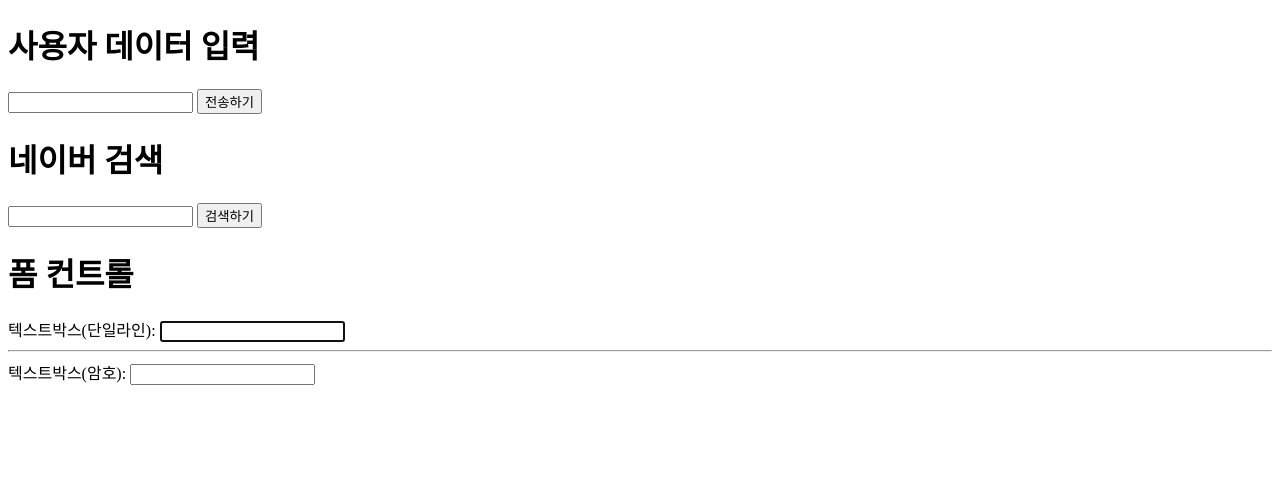
Repository: chanjin5212/Full-Stack-study
Page: client/ClientTest/src/main/webapp/html/ex18_form.html
The author's editor kept a copy of each file at every save. The page is drawn from the files as they stood at one save, then again after the next save.
The browser window is 1280 px wide. The pictures show the whole page.

Above is the page before, as saved 2022-05-25 01:36:01.

After the next save:
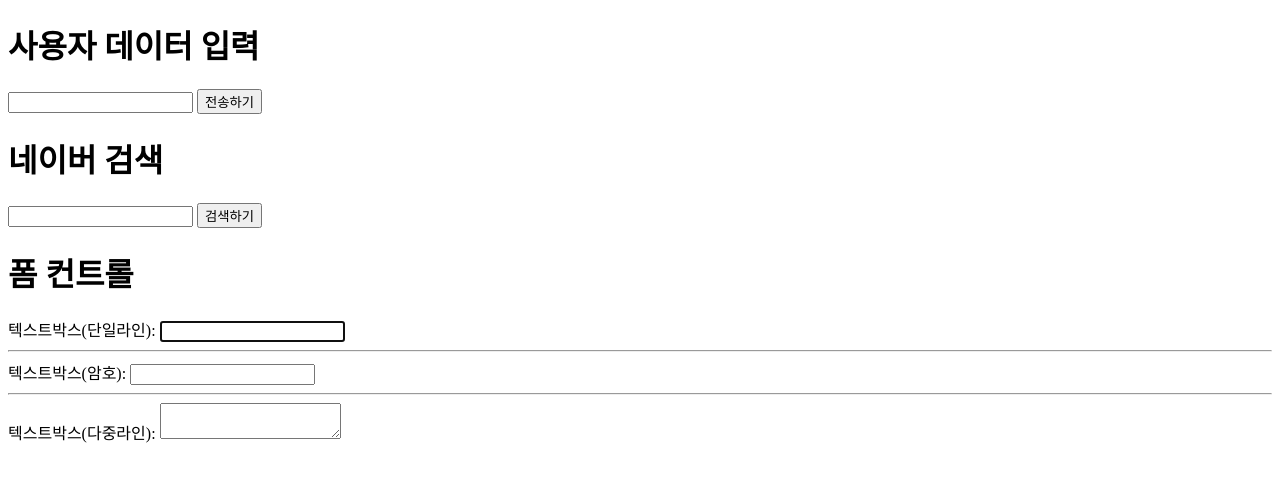
Saved 103 s later.
--- a/client/ClientTest/src/main/webapp/html/ex18_form.html
+++ b/client/ClientTest/src/main/webapp/html/ex18_form.html
@@ -101,7 +101,15 @@
 	  -->
 	 텍스트박스(암호):
 	 <input type="password">
+	 <hr>
 
+	 <!--
+	 	텍스트 박스(다중라인)
+	 	- <textarea>
+	 	- 쌍태그
+	  -->
+	  텍스트박스(다중라인):
+	  <textarea></textarea>
 	 </form>
 
 
